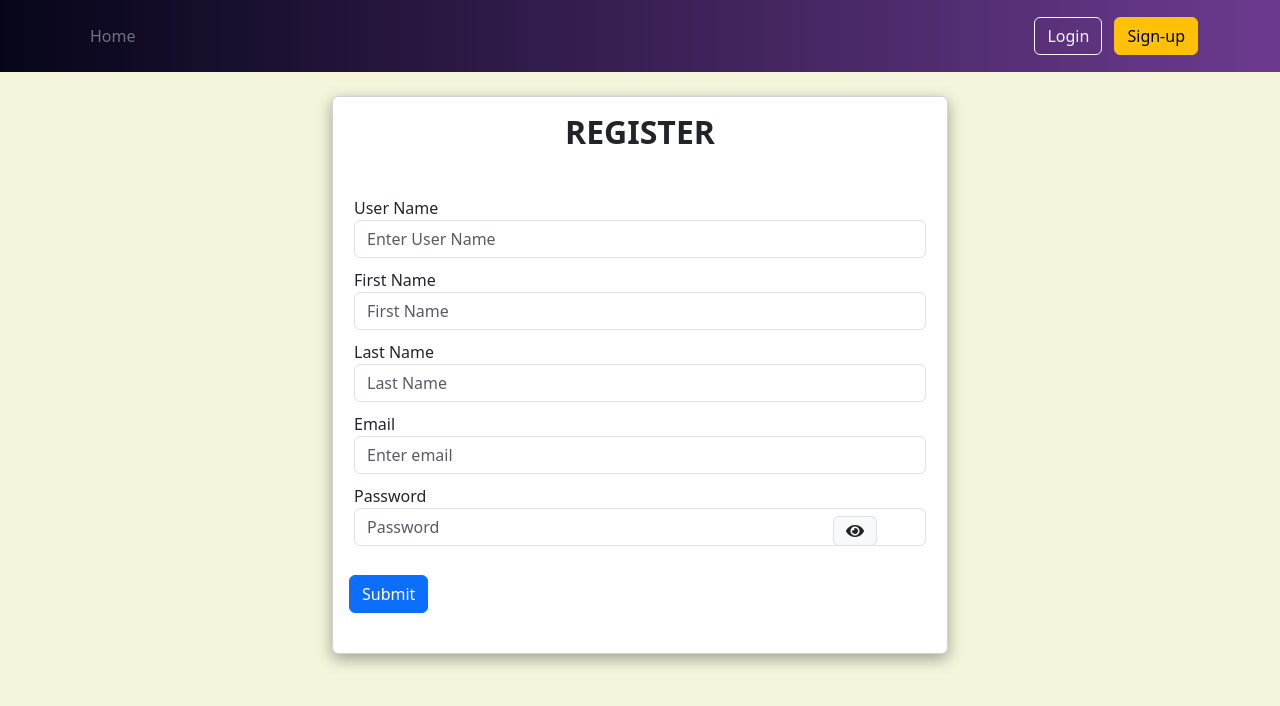
Repository: professorsourabh/php_membership
Page: http://localhost/MVC-Assignment/
The author's editor kept a copy of each file at every save. The page is drawn from the files as they stood at one save, then again after the next save.
The browser window is 1280 px wide. The pictures show the whole page.
Some web libraries are served in a nearby version. The page is run by PHP 8.4 with error messages shown; the project is at /var/www/html/.

Above is the page before, as saved 2023-07-09 15:36:37.

### index.php
<?php
session_start();
?>

<html lang="en">
<head>
    <meta charset="UTF-8">
    <meta name="viewport" content="width=device-width, initial-scale=1.0">
    <title>Assesment-Register</title>
    <link href="https://cdn.jsdelivr.net/npm/bootstrap@5.3.0/dist/css/bootstrap.min.css" rel="stylesheet" integrity="sha384-9ndCyUaIbzAi2FUVXJi0CjmCapSmO7SnpJef0486qhLnuZ2cdeRhO02iuK6FUUVM" crossorigin="anonymous">
    <link rel="stylesheet" href="https://cdnjs.cloudflare.com/ajax/libs/font-awesome/5.13.0/css/all.min.css">
    <link rel="stylesheet" href="index.css"></link>
</head>
<body>
    <header class="p-3 bg-dark text-white">
        <div class="container">
          <div class="d-flex flex-wrap align-items-center justify-content-center justify-content-lg-start">


            <ul class="nav col-12 col-lg-auto me-lg-auto mb-2 justify-content-center mb-md-0">
              <li><a href="#" class="nav-link px-2 text-secondary " >Home</a></li>

            </ul>

              <div class="text-end">
              <a type="button" class="btn btn-outline-light me-2" href="login.php">Login</a>
              <a type="button" class="btn btn-warning" href="index.php">Sign-up</a>
            </div>
          </div>
        </div>
      </header>
      <div class="container my-4 col-lg-6">
        <div class="card my-4" style="box-shadow: rgba(0, 0, 0, 0.35) 0px 5px 15px;">
            <div class="card-heading text-center my-3 mx-2">
                <h2 class="text-uppercase fw-bold">Register</h2>
            </div>
            <div class="card-body">
            <?php if (!empty($_SESSION['error_msg'])) { ?>
            <div class="error">
                <div class="alert alert-danger alert-dismissible fade show" role="alert">
                    <?php echo $_SESSION['error_msg']; ?>
                    <button type="button" class="btn-close" data-bs-dismiss="alert" aria-label="Close"></button>
                </div>
            </div>
            <?php
            unset($_SESSION['error_msg']);
        } ?>
         <?php if (!empty($_SESSION['success_msg'])) { ?>
            <div class="error">
                <div class="alert alert-success alert-dismissible fade show" role="alert">
                    <?php echo $_SESSION['success_msg']; ?>
                    <button type="button" class="btn-close" data-bs-dismiss="alert" aria-label="Close"></button>
                </div>
            </div>
            <?php
            unset($_SESSION['success_msg']);
        } ?>

        <form method="post" action="./controller/registerController.php">
            <div class="form-group">
                <label for="exampleInputusername">User Name</label>
                <input type="text" class="form-control" name="username" id="username" placeholder="Enter User Name">
              </div>

              <div class="form-group">
                <label for="exampleInputfirst_name">First Name</label>
                <input type="text" class="form-control" name="firstname" id="first_name" placeholder="First Name">
              </div>
              <div class="form-group">
                <label for="exampleInputlast_name">Last Name</label>
                <input type="text" name="lastname" class="form-control" id="last_name" placeholder="Last Name">
              </div>

            <div class="form-group">
              <label for="exampleInputEmail">Email</label>
              <input type="email" class="form-control" name="email" id="email"  placeholder="Enter email">

            </div>


              <div class="form-group">
                <label for="exampleInputPassword">Password</label>
                <input type="password" class="form-control" name="password" id="exampleInputPassword" placeholder="Password">
                <span class="input-group-text eye-icon" onclick="togglePasswordVisibility('password')">
                            <i class="fas fa-eye"></i>
                        </span>
              </div>


            <button type="submit" class="btn btn-primary my-4">Submit</button>
          </form>

            </div>
        </div>

    </div>







    <script src="https://cdn.jsdelivr.net/npm/bootstrap@5.3.0/dist/js/bootstrap.bundle.min.js" integrity="sha384-geWF76RCwLtnZ8qwWowPQNguL3RmwHVBC9FhGdlKrxdiJJigb/j/68SIy3Te4Bkz" crossorigin="anonymous"></script>
    <script src="./public/project.js">

       </script>
  </body>
</html>

### index.css
*{
    padding: 0;
    margin: 0;
}

body{

    background-color: beige;
}
header{
    background: rgb(5,4,24);
    background: linear-gradient(90deg, rgba(5,4,24,0.9557072829131653) 0%, rgba(134,66,179,0.7400210084033614) 100%);
}
.registration-part{

    padding: 50px;

}
.text-cente{
    text-align: center;
}
div.form-group{
    padding: 5px;
}

span.eye-icon {


    position: absolute;
    top: 78%;
    left: 85%;
    transform: translate(-50%, -50%);
}

### public/project.js
function togglePasswordVisibility(inputId) {
    var input = document.getElementById(inputId);
    if (input.type === "password") {
        input.type = "text";
    } else {
        input.type = "password";
    }
}

After the next save:
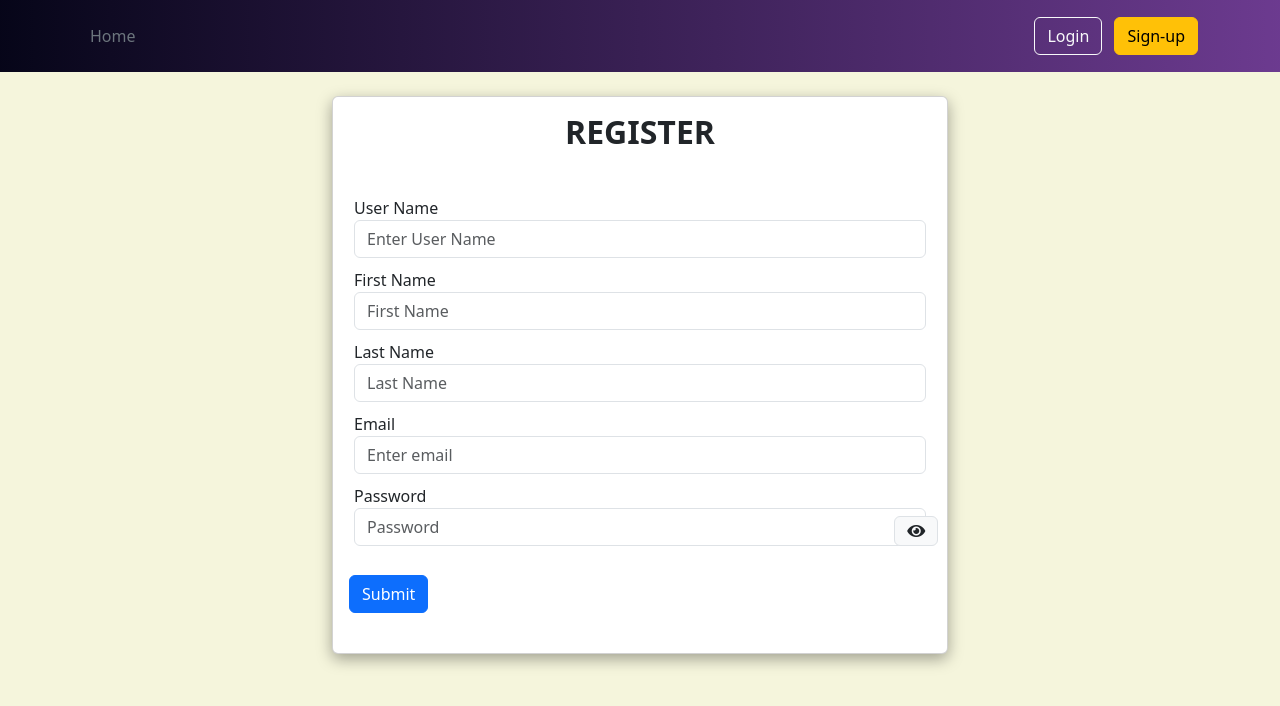
Saved 7 s later.
--- a/index.css
+++ b/index.css
@@ -28,6 +28,6 @@ span.eye-icon {
 
     position: absolute;
     top: 78%;
-    left: 85%;
+    left: 95%;
     transform: translate(-50%, -50%);
 }
